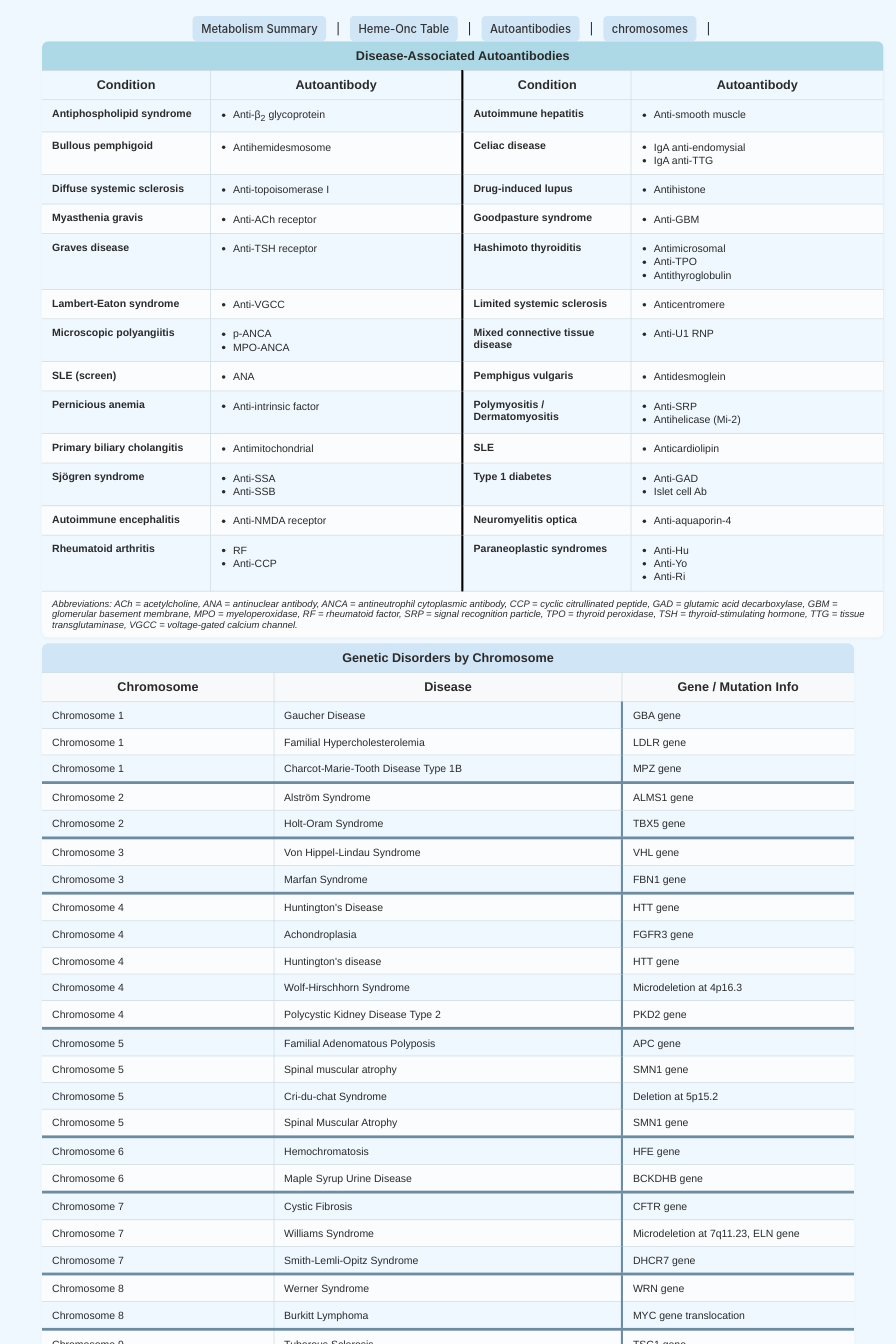
Repository: sharperdragon/STEVEL-1-Summaries
Page: subdex/chromosomes.html
An editor plug-in stored every save of this project. The page is shown before and after a run of saves, followed by the edit.
The browser window is 1280 px wide. The pictures show the part of the page from y = 0 to 1920 px (the page is 6518 px tall before and 6511 px after), at 70% of full size.

Above is the page before, as saved 2025-05-19 07:19:53.

After the next 2 saves:
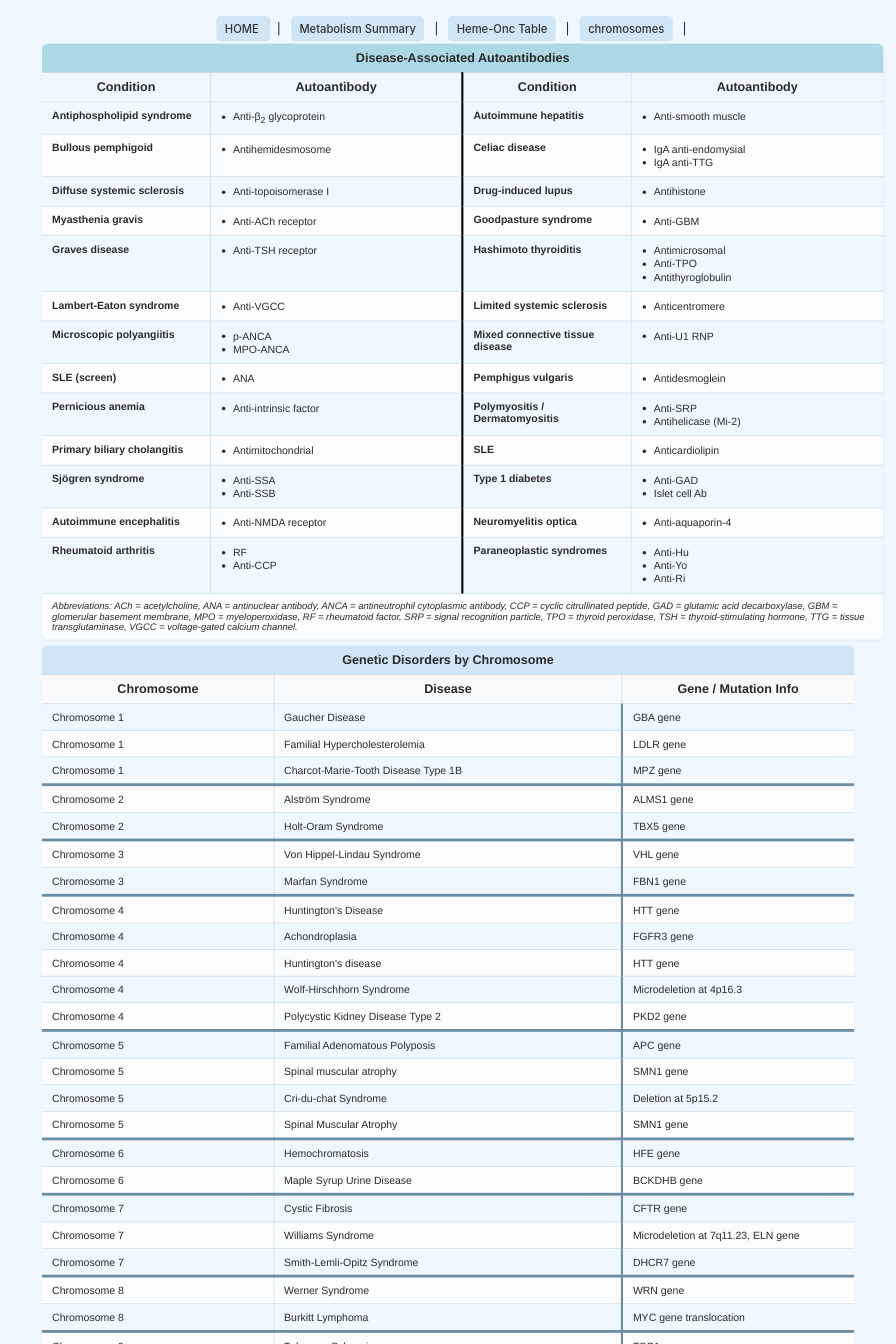
The 2 saves are shown as one change because they came seconds apart.
The last was saved 14 s later.
--- a/subdex/chromosomes.html
+++ b/subdex/chromosomes.html
@@ -10,13 +10,12 @@
 
 <body>
 
-    <nav style="margin: 10px 0; text-align: center;">
-
-  <a href="subdex/metabolism.html" class="nav-link">Metabolism Summary</a> |
+  <nav style="margin: 10px 0; text-align: center;">
+  <a href="index.html" class="nav-link"> HOME </a>   |
+    <a href="subdex/metabolism.html" class="nav-link">Metabolism Summary</a> |
   <a href="subdex/hemeonc.html" class="nav-link">Heme-Onc Table</a> |
-  <a href="subdex/autoantibodies.html" class="nav-link">Autoantibodies</a> |
   <a href="subdex/chromosomes.html" class="nav-link">chromosomes</a> |
-
+</nav>
 
 <div class="table-responsive">
 <table class="autoantibody-table" border="1" cellspacing="0" cellpadding="6" style="border-collapse: collapse; width: 100%;">
